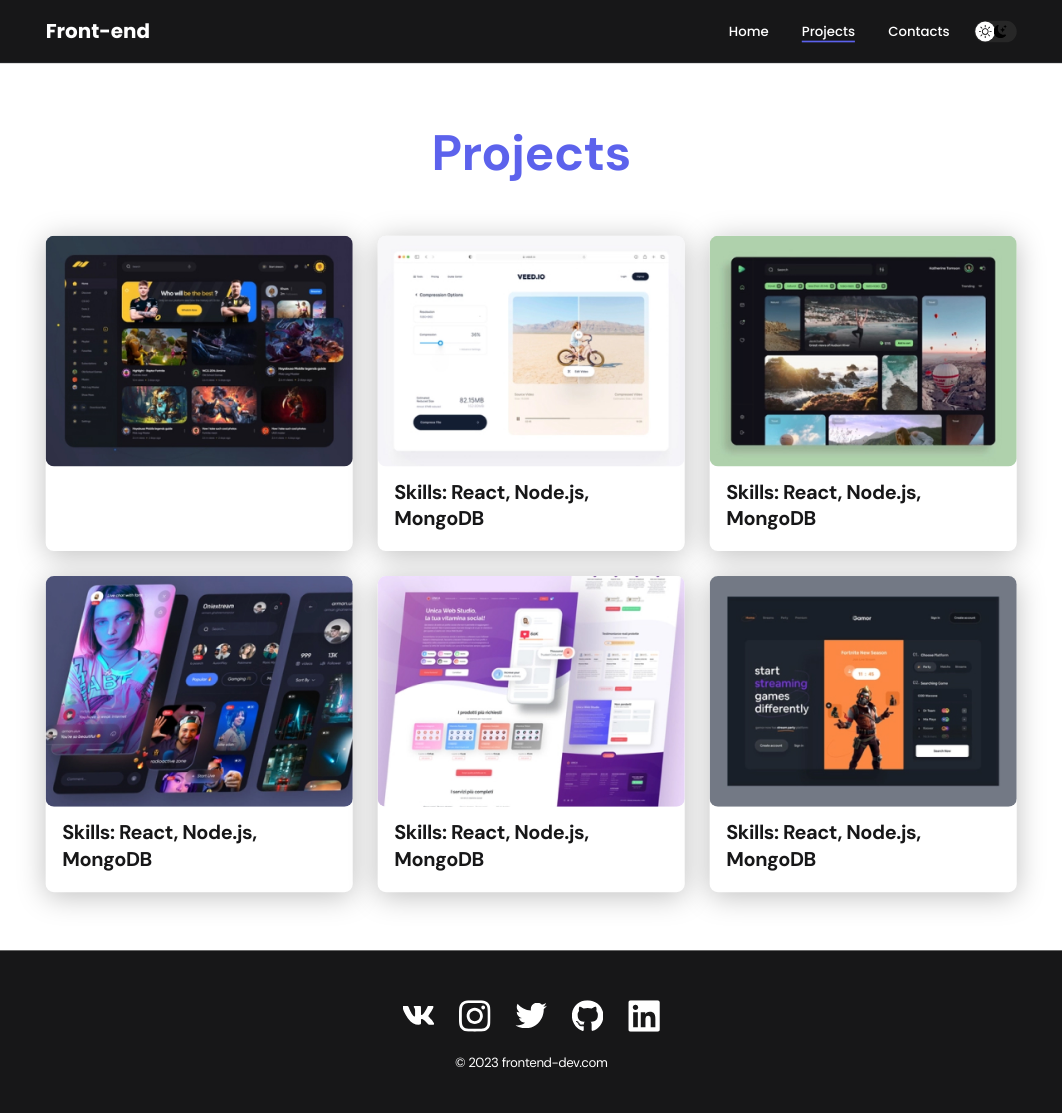
Repository: Azimich/profile
Page: /projects
An editor plug-in stored every save of this project. The page is shown before and after a run of saves, followed by the edit.
The browser window is 1280 px wide. The pictures show the whole page, at 83% of full size.
The project was rebuilt for these pictures with package versions that can differ from the ones it lists, and the page was loaded fresh each time. Also part of the build but not shown: src/components/mainContacts/MainContacts.css, src/components/mainContacts/MockData.ts, src/components/mainContacts/MainContacts.tsx, src/pages/Contacts.tsx, src/components/button/Button.css, src/components/button/Button.tsx, src/components/header/Header.css, src/components/header/Header.tsx and 9 more.

Above is the page before, as saved 2023-01-31 22:28:27.

After the next 5 saves:
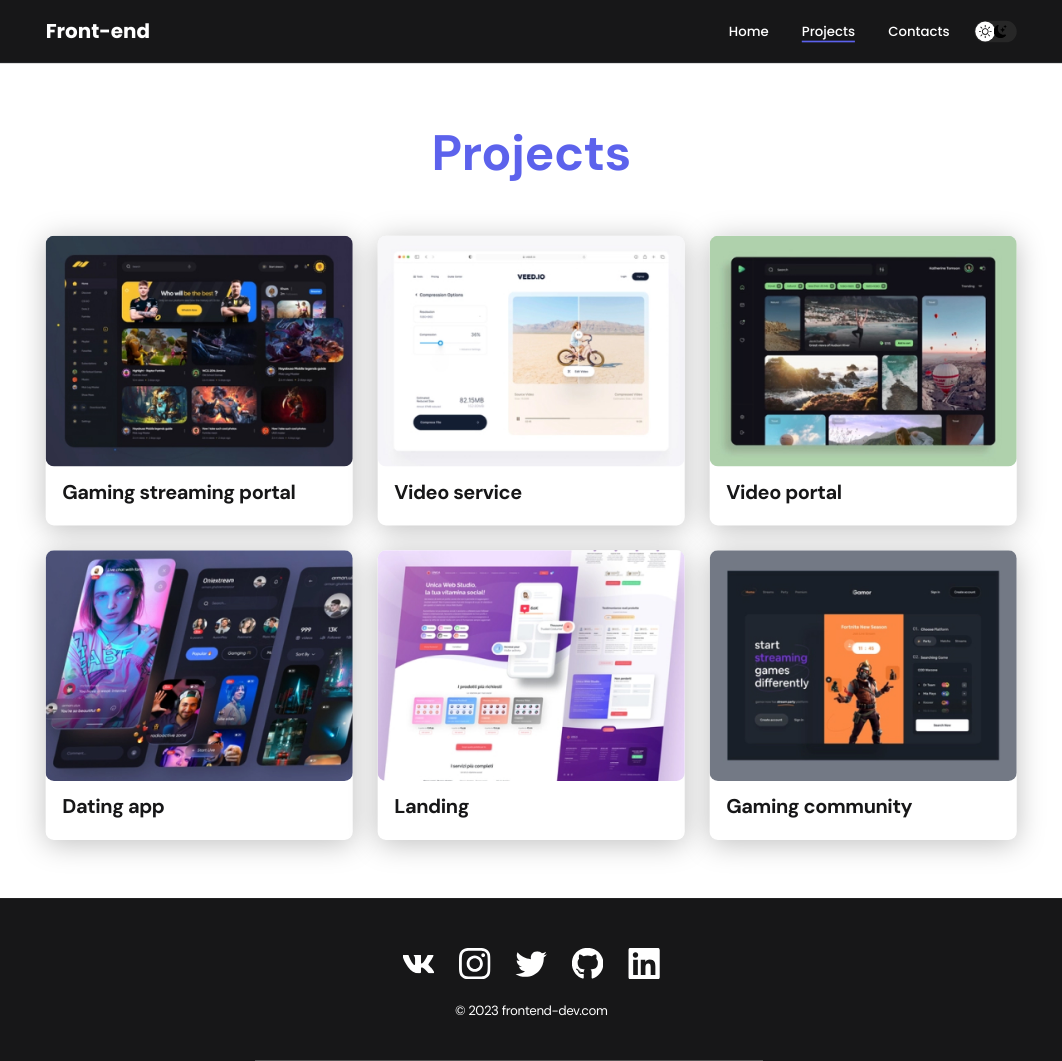
The 5 saves are shown as one change because 2 did not build or start and some came seconds apart.
The last was saved 60 s later.
--- a/src/components/mainProjects/MainProjects.tsx
+++ b/src/components/mainProjects/MainProjects.tsx
@@ -12,12 +12,12 @@ export interface IMainProjects {
   index?: any;
 }
 
-const MainProjects: FC<IMainProjects> = ({ img, desc }) => {
+const MainProjects: FC<IMainProjects> = ({ img, title }) => {
   return (
     <li className="project">
       <a href="./project-page.html">
-        <img src={img} alt={desc} className="project__img" />
-        <h3 className="project__title">{desc}</h3>
+        <img src={img} alt={title} className="project__img" />
+        <h3 className="project__title">{title}</h3>
       </a>
     </li>
   );
